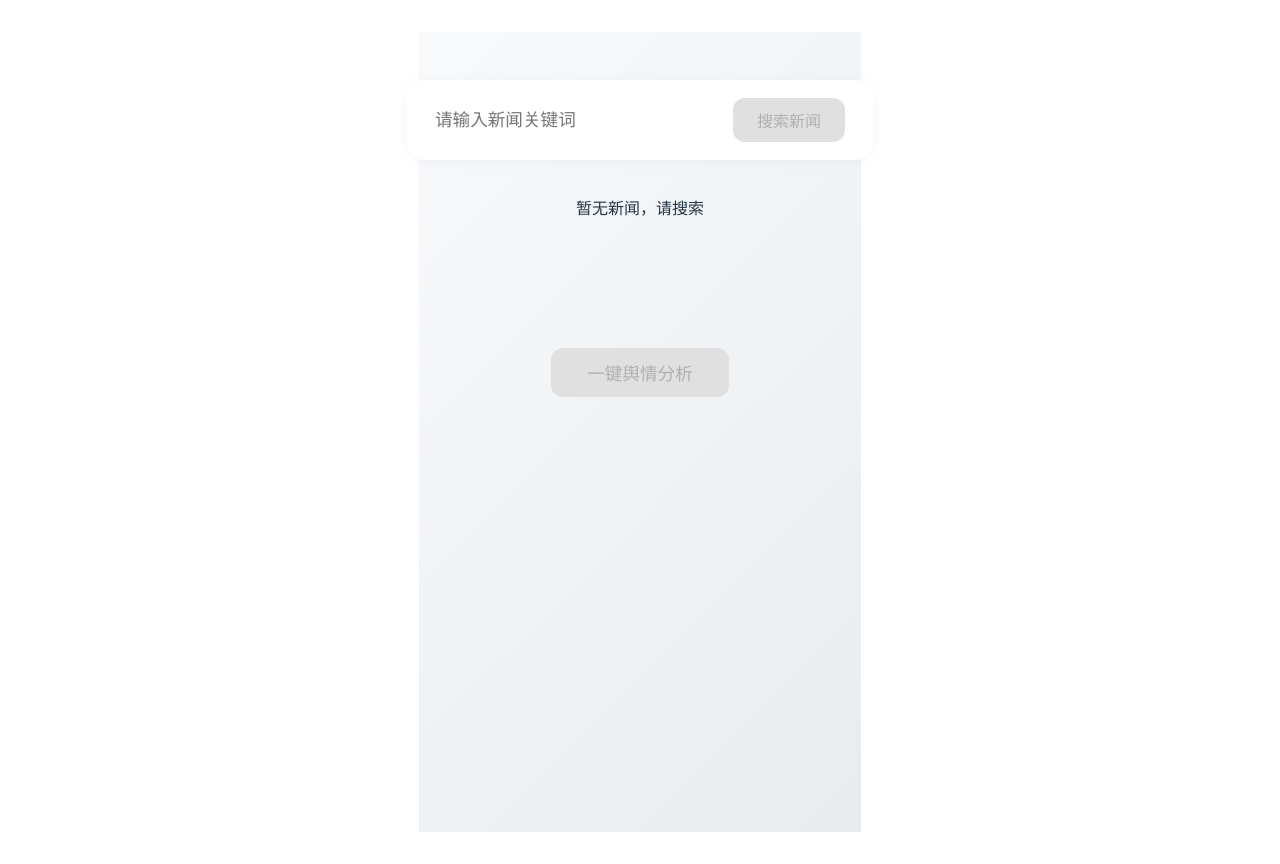
Repository: XJN7197/NewsAssistantBaseMCP
Page: / (app in frontend/)
The author's editor kept a copy of each file at every save. The page is drawn from the files as they stood at one save, then again after the next save.
The browser window is 1280 px wide. The pictures show the whole page.
The project was rebuilt for these pictures with package versions that can differ from the ones it lists, and the page was loaded fresh each time. Also part of the build but not shown: frontend/vite.config.ts.

Above is the page before, as saved 2025-05-19 21:00:46.

### frontend/src/App.tsx
import { useState } from 'react'
import Home from './pages/Home'
import './App.css'

function App() {
  const [count, setCount] = useState(0)

  return (
    <>
      <Home/>
    </>
  )
}

export default App

### frontend/src/pages/Home.tsx
import React, { useState } from 'react'
import styles from './Home.module.css'
// 假设你有这些组件，后续可单独实现
// import NewsSearch from '../components/NewsSearch'
// import NewsCardList from '../components/NewsCardList'
// import AnalyzeButton from '../components/AnalyzeButton'
// import ReportModal from '../components/ReportModal'

const Home: React.FC = () => {
  // 搜索关键词
  const [keyword, setKeyword] = useState('')
  // 新闻列表
  const [newsList, setNewsList] = useState<any[]>([])
  // 是否正在加载
  const [loading, setLoading] = useState(false)
  // 分析报告内容
  const [report, setReport] = useState<string | null>(null)
  // 控制报告弹窗显示
  const [showReport, setShowReport] = useState(false)

  // 搜索新闻
  const handleSearch = async () => {
    setLoading(true)
    // TODO: 调用后端API获取新闻
    // setNewsList(result)
    setLoading(false)
  }

  // 分析新闻
  const handleAnalyze = async () => {
    setLoading(true)
    // TODO: 调用后端API进行舆情分析
    // setReport(reportContent)
    setShowReport(true)
    setLoading(false)
  }

  return (
    <div className={styles['home-container']}>
      {/* 搜索栏 */}
      <div className={styles['search-bar']}>
        <input
          type="text"
          placeholder="请输入新闻关键词"
          value={keyword}
          onChange={e => setKeyword(e.target.value)}
        />
        <button onClick={handleSearch} disabled={loading || !keyword}>
          搜索新闻
        </button>
      </div>

      {/* 新闻列表 */}
      <div className={styles['news-list']}>
        {/* <NewsCardList newsList={newsList} /> */}
        {/* 这里可以用map渲染新闻卡片 */}
        {newsList.length === 0 && <div>暂无新闻，请搜索</div>}
      </div>

      {/* 一键分析按钮 */}
      <div className={styles['analyze-btn']}>
        <button onClick={handleAnalyze} disabled={loading || newsList.length === 0}>
          一键舆情分析
        </button>
      </div>

      {/* 分析报告弹窗 */}
      {showReport && (
        <div className={styles['report-modal']}>
          {/* <ReportModal report={report} onClose={() => setShowReport(false)} /> */}
          <div>
            <h3>舆情分析报告</h3>
            <pre>{report}</pre>
            <button onClick={() => setShowReport(false)}>关闭</button>
          </div>
        </div>
      )}
    </div>
  )
}

export default Home

### frontend/src/pages/Home.module.css
.home-container {
  min-height: 100vh;
  background: linear-gradient(135deg, #f8fafc 0%, #e9ecef 100%);
  display: flex;
  flex-direction: column;
  align-items: center;
  padding: 48px 16px 32px 16px;
  font-family: -apple-system, BlinkMacSystemFont, "Segoe UI", Roboto, "Helvetica Neue", Arial, "PingFang SC", "Hiragino Sans GB", "Microsoft YaHei", sans-serif;
}

.search-bar {
  display: flex;
  align-items: center;
  gap: 16px;
  background: #fff;
  border-radius: 18px;
  box-shadow: 0 2px 16px 0 rgba(0,0,0,0.04);
  padding: 18px 28px;
  margin-bottom: 36px;
  width: 100%;
  max-width: 520px;
}

.search-bar input[type="text"] {
  flex: 1;
  border: none;
  outline: none;
  font-size: 1.1rem;
  background: transparent;
  color: #222;
  padding: 8px 0;
}

.search-bar button {
  background: linear-gradient(90deg, #007aff 0%, #00c6fb 100%);
  color: #fff;
  border: none;
  border-radius: 12px;
  padding: 10px 24px;
  font-size: 1rem;
  font-weight: 500;
  cursor: pointer;
  transition: background 0.2s, box-shadow 0.2s;
  box-shadow: 0 2px 8px 0 rgba(0,122,255,0.08);
}

.search-bar button:disabled {
  background: #e0e0e0;
  color: #b0b0b0;
  cursor: not-allowed;
  box-shadow: none;
}

.news-list {
  width: 100%;
  max-width: 700px;
  margin-bottom: 32px;
  min-height: 120px;
  display: flex;
  flex-direction: column;
  gap: 18px;
}

.analyze-btn {
  margin-bottom: 24px;
}

.analyze-btn button {
  background: linear-gradient(90deg, #34e89e 0%, #0f3443 100%);
  color: #fff;
  border: none;
  border-radius: 12px;
  padding: 12px 36px;
  font-size: 1.1rem;
  font-weight: 600;
  cursor: pointer;
  transition: background 0.2s, box-shadow 0.2s;
  box-shadow: 0 2px 8px 0 rgba(52,232,158,0.08);
}

.analyze-btn button:disabled {
  background: #e0e0e0;
  color: #b0b0b0;
  cursor: not-allowed;
  box-shadow: none;
}

.report-modal {
  position: fixed;
  top: 0; left: 0; right: 0; bottom: 0;
  background: rgba(0,0,0,0.18);
  display: flex;
  align-items: center;
  justify-content: center;
  z-index: 1000;
}

.report-modal > div {
  background: #fff;
  border-radius: 18px;
  box-shadow: 0 8px 32px 0 rgba(0,0,0,0.10);
  padding: 36px 32px 28px 32px;
  min-width: 340px;
  max-width: 90vw;
  max-height: 80vh;
  overflow-y: auto;
  text-align: left;
}

.report-modal h3 {
  margin-top: 0;
  margin-bottom: 18px;
  font-size: 1.3rem;
  font-weight: 600;
  color: #222;
  letter-spacing: 0.02em;
}

.report-modal pre {
  background: #f5f6fa;
  border-radius: 10px;
  padding: 18px;
  font-size: 1rem;
  color: #222;
  overflow-x: auto;
  margin-bottom: 18px;
}

.report-modal button {
  background: linear-gradient(90deg, #007aff 0%, #00c6fb 100%);
  color: #fff;
  border: none;
  border-radius: 10px;
  padding: 8px 24px;
  font-size: 1rem;
  font-weight: 500;
  cursor: pointer;
  transition: background 0.2s;
}

Loaded but not shown: frontend/index.html (common file); frontend/src/main.tsx (common file); frontend/src/index.css (common file); frontend/src/App.css (common file)

After the next save:
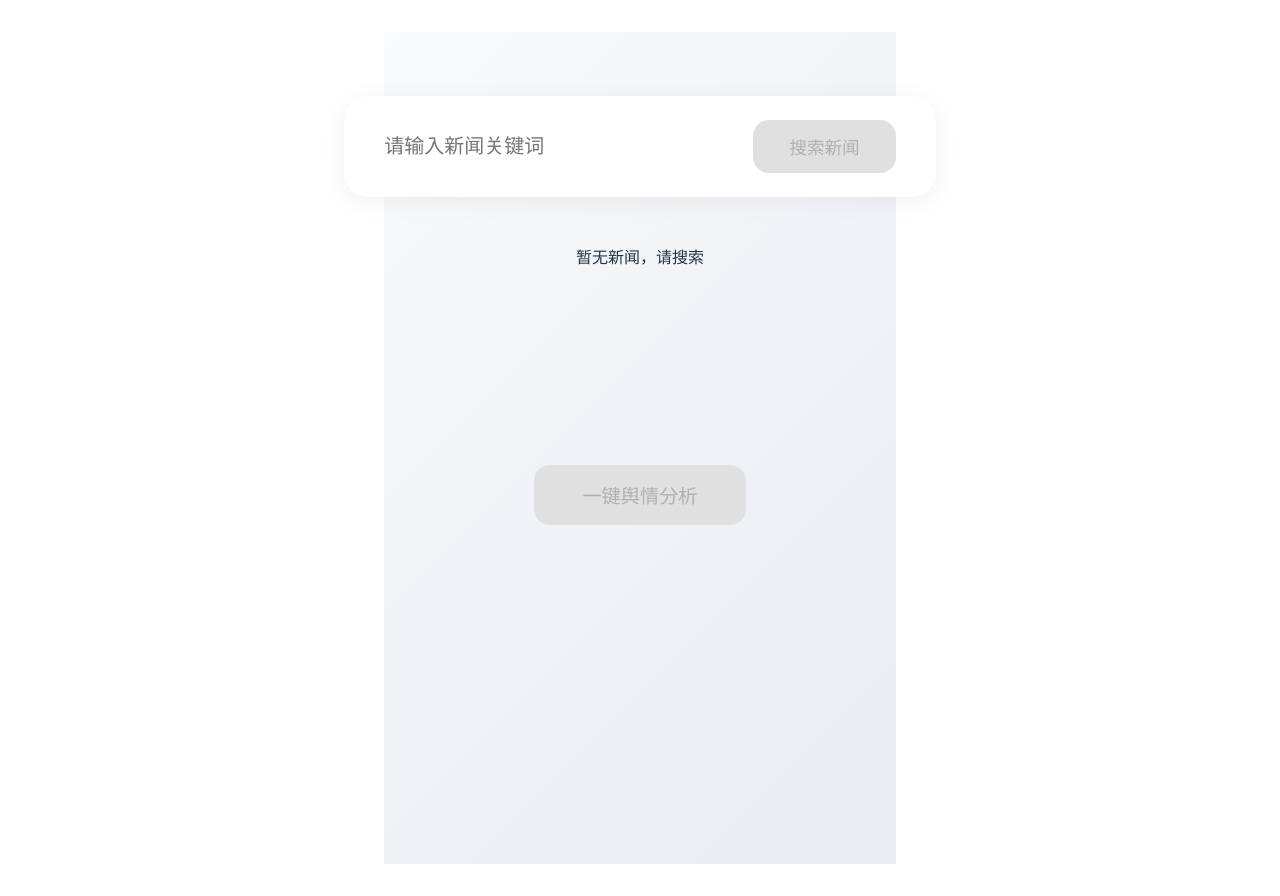
Saved 80 s later.
--- a/frontend/src/pages/Home.module.css
+++ b/frontend/src/pages/Home.module.css
@@ -1,47 +1,48 @@
+
 .home-container {
   min-height: 100vh;
   background: linear-gradient(135deg, #f8fafc 0%, #e9ecef 100%);
   display: flex;
   flex-direction: column;
   align-items: center;
-  padding: 48px 16px 32px 16px;
+  padding: 64px 0 48px 0;
   font-family: -apple-system, BlinkMacSystemFont, "Segoe UI", Roboto, "Helvetica Neue", Arial, "PingFang SC", "Hiragino Sans GB", "Microsoft YaHei", sans-serif;
 }
 
 .search-bar {
   display: flex;
   align-items: center;
-  gap: 16px;
+  gap: 24px;
   background: #fff;
-  border-radius: 18px;
-  box-shadow: 0 2px 16px 0 rgba(0,0,0,0.04);
-  padding: 18px 28px;
-  margin-bottom: 36px;
+  border-radius: 24px;
+  box-shadow: 0 4px 24px 0 rgba(0,0,0,0.06);
+  padding: 24px 40px;
+  margin-bottom: 48px;
   width: 100%;
-  max-width: 520px;
+  max-width: 720px;
 }
 
 .search-bar input[type="text"] {
   flex: 1;
   border: none;
   outline: none;
-  font-size: 1.1rem;
+  font-size: 1.25rem;
   background: transparent;
   color: #222;
-  padding: 8px 0;
+  padding: 12px 0;
 }
 
 .search-bar button {
   background: linear-gradient(90deg, #007aff 0%, #00c6fb 100%);
   color: #fff;
   border: none;
-  border-radius: 12px;
-  padding: 10px 24px;
-  font-size: 1rem;
+  border-radius: 16px;
+  padding: 14px 36px;
+  font-size: 1.1rem;
   font-weight: 500;
   cursor: pointer;
   transition: background 0.2s, box-shadow 0.2s;
-  box-shadow: 0 2px 8px 0 rgba(0,122,255,0.08);
+  box-shadow: 0 4px 16px 0 rgba(0,122,255,0.10);
 }
 
 .search-bar button:disabled {
@@ -53,29 +54,29 @@
 
 .news-list {
   width: 100%;
-  max-width: 700px;
-  margin-bottom: 32px;
-  min-height: 120px;
+  max-width: 900px;
+  margin-bottom: 40px;
+  min-height: 180px;
   display: flex;
   flex-direction: column;
-  gap: 18px;
+  gap: 24px;
 }
 
 .analyze-btn {
-  margin-bottom: 24px;
+  margin-bottom: 32px;
 }
 
 .analyze-btn button {
   background: linear-gradient(90deg, #34e89e 0%, #0f3443 100%);
   color: #fff;
   border: none;
-  border-radius: 12px;
-  padding: 12px 36px;
-  font-size: 1.1rem;
+  border-radius: 16px;
+  padding: 16px 48px;
+  font-size: 1.2rem;
   font-weight: 600;
   cursor: pointer;
   transition: background 0.2s, box-shadow 0.2s;
-  box-shadow: 0 2px 8px 0 rgba(52,232,158,0.08);
+  box-shadow: 0 4px 16px 0 rgba(52,232,158,0.10);
 }
 
 .analyze-btn button:disabled {
@@ -97,11 +98,11 @@
 
 .report-modal > div {
   background: #fff;
-  border-radius: 18px;
-  box-shadow: 0 8px 32px 0 rgba(0,0,0,0.10);
-  padding: 36px 32px 28px 32px;
-  min-width: 340px;
-  max-width: 90vw;
+  border-radius: 24px;
+  box-shadow: 0 12px 48px 0 rgba(0,0,0,0.12);
+  padding: 48px 48px 36px 48px;
+  min-width: 420px;
+  max-width: 40vw;
   max-height: 80vh;
   overflow-y: auto;
   text-align: left;
@@ -109,8 +110,8 @@
 
 .report-modal h3 {
   margin-top: 0;
-  margin-bottom: 18px;
-  font-size: 1.3rem;
+  margin-bottom: 24px;
+  font-size: 1.5rem;
   font-weight: 600;
   color: #222;
   letter-spacing: 0.02em;
@@ -118,21 +119,21 @@
 
 .report-modal pre {
   background: #f5f6fa;
-  border-radius: 10px;
-  padding: 18px;
-  font-size: 1rem;
+  border-radius: 14px;
+  padding: 24px;
+  font-size: 1.08rem;
   color: #222;
   overflow-x: auto;
-  margin-bottom: 18px;
+  margin-bottom: 24px;
 }
 
 .report-modal button {
   background: linear-gradient(90deg, #007aff 0%, #00c6fb 100%);
   color: #fff;
   border: none;
-  border-radius: 10px;
-  padding: 8px 24px;
-  font-size: 1rem;
+  border-radius: 12px;
+  padding: 12px 32px;
+  font-size: 1.08rem;
   font-weight: 500;
   cursor: pointer;
   transition: background 0.2s;
